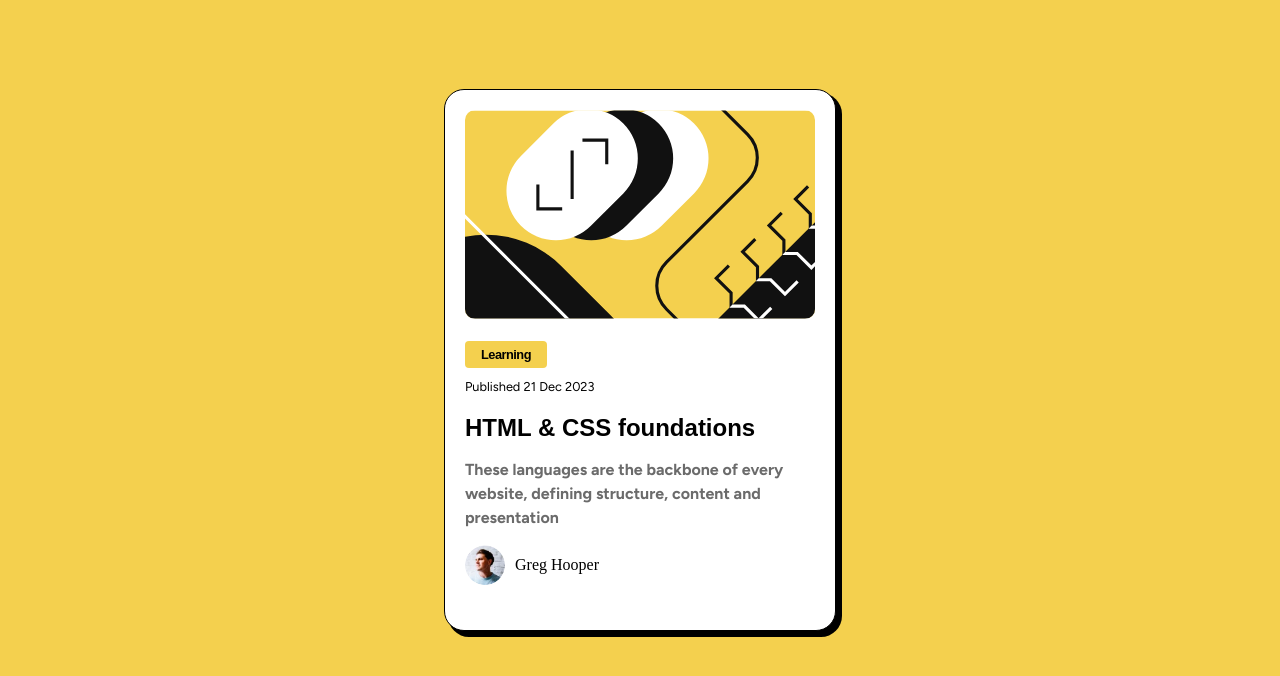
Repository: brandontaylor1/blogpreviewcard
Page: index.html
An editor plug-in stored every save of this project. The page is shown before and after the next save, followed by the edit.
The browser window is 1280 px wide. The pictures show the whole page.

Above is the page before, as saved 2024-12-25 12:20:32.

After the next save:
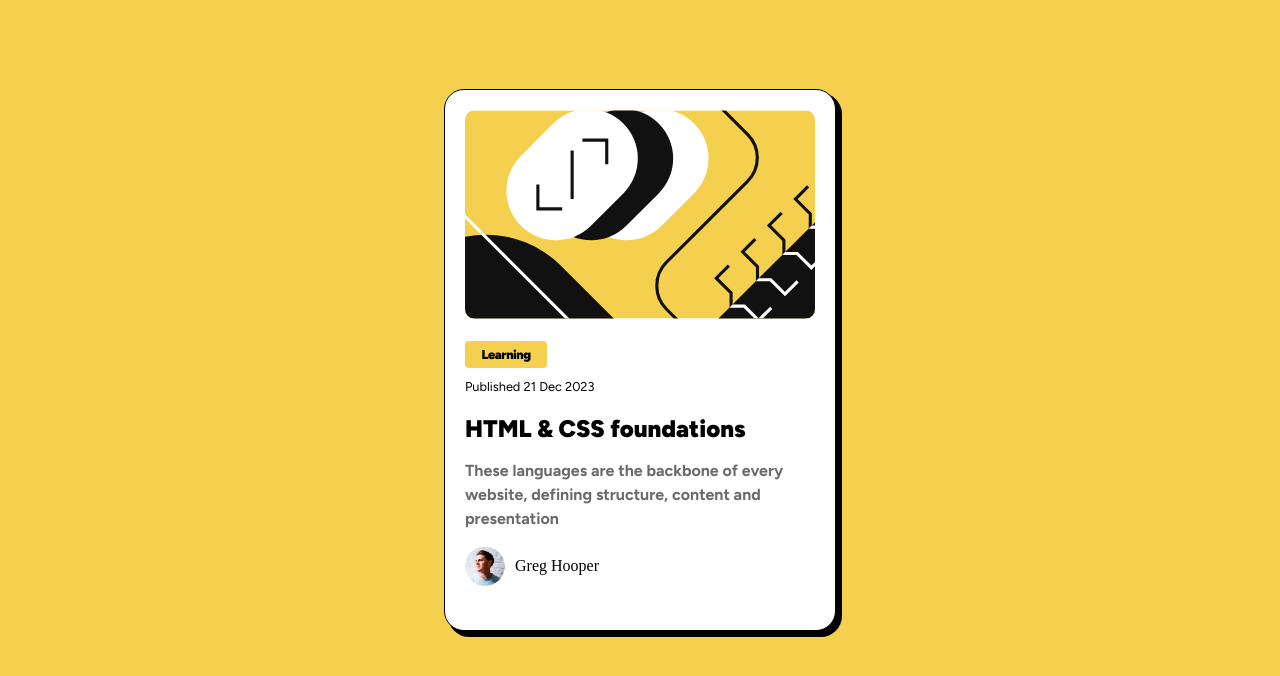
Saved 4 s later.
--- a/index.css
+++ b/index.css
@@ -8,7 +8,7 @@
     --main-font-size: 16px;
 
     --main-font-url: "Figtree", sans-serif;
-    --main-font-bold-url: "Figtree-ExtraBold", sans-serif;
+    --main-font-bold-url: "Figtree", sans-serif;
     --main-font-weight-reg: 500;
     --main-font-weight-bold: 900;
 }
